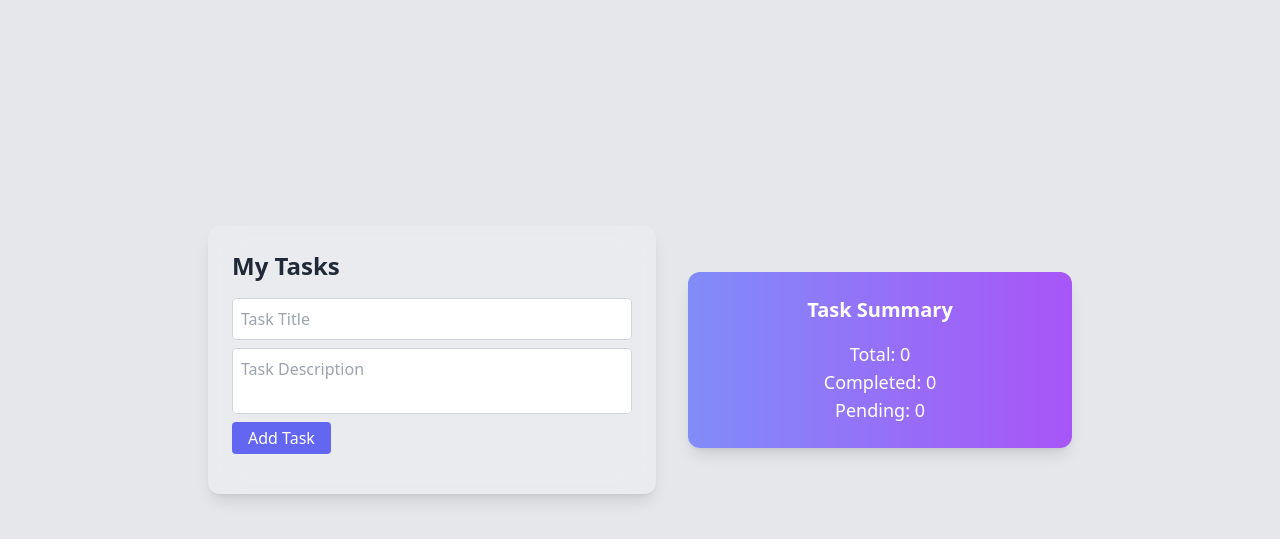
Repository: Meenakshi-commits/mern-task-manager
Page: / (app in client/)
The author's editor kept a copy of each file at every save. The page is drawn from the files as they stood at one save, then again after the next save.
The browser window is 1280 px wide. The pictures show the whole page.
The page's requests for data from a server got no answer. The project was rebuilt for these pictures with package versions that can differ from the ones it lists, and the page was loaded fresh each time. No one was signed in, and anything a server would have sent is missing. Also part of the build but not shown: client/vite.config.js, client/src/components/TaskItem.jsx, client/src/taskAnimations.css.

Above is the page before, as saved 2026-01-08 13:07:21.

### client/src/App.jsx
// src/App.jsx
import React, { useState, useEffect } from "react";
import axios from "./services/api"; // make sure your axios instance is in /services/api.js
import TaskList from "./components/TaskList";

export default function App() {
  const [tasks, setTasks] = useState([]);
  const [newTask, setNewTask] = useState("");
  const [description, setDescription] = useState("");

  // Fetch tasks from backend
  const fetchTasks = async () => {
    try {
      const res = await axios.get("/tasks");
      setTasks(res.data);
    } catch (err) {
      console.error(err);
    }
  };

  useEffect(() => {
    fetchTasks();
  }, []);

  // Add task
  const addTask = async () => {
    if (!newTask.trim()) return;
    try {
      await axios.post("/tasks", { title: newTask, description, completed: false });
      setNewTask("");
      setDescription("");
      fetchTasks();
    } catch (err) {
      console.error(err);
    }
  };

  // Delete task
  const deleteTask = async (id) => {
    try {
      await axios.delete(`/tasks/${id}`);
      fetchTasks();
    } catch (err) {
      console.error(err);
    }
  };

  // Update task completion
  const toggleComplete = async (task) => {
    try {
      await axios.put(`/tasks/${task._id}`, { ...task, completed: !task.completed });
      fetchTasks();
    } catch (err) {
      console.error(err);
    }
  };

  // Task counts
  const totalTasks = tasks.length;
  const completedTasks = tasks.filter((t) => t.completed).length;
  const pendingTasks = totalTasks - completedTasks;

  return (
    <div className="min-h-screen flex flex-col items-center justify-center bg-gray-200 font-sans">
      <div className="flex flex-col md:flex-row gap-8 items-center justify-center w-full max-w-6xl px-4">
        {/* Left Box - Task List */}
        <div className="flex-1 bg-white/20 backdrop-blur-lg p-6 rounded-xl shadow-lg max-w-md w-full">
          <h2 className="text-2xl font-semibold mb-4 text-gray-800">My Tasks</h2>

          {/* Add Task */}
          <div className="flex flex-col gap-2 mb-4">
            <input
              type="text"
              placeholder="Task Title"
              value={newTask}
              onChange={(e) => setNewTask(e.target.value)}
              className="p-2 rounded border border-gray-300 focus:outline-none focus:ring-2 focus:ring-indigo-400"
            />
            <textarea
              placeholder="Task Description"
              value={description}
              onChange={(e) => setDescription(e.target.value)}
              className="p-2 rounded border border-gray-300 focus:outline-none focus:ring-2 focus:ring-indigo-400 resize-none"
              rows={2}
            ></textarea>
            <button
              onClick={addTask}
              className="self-start bg-indigo-500 hover:bg-indigo-600 text-white px-4 py-1 rounded transition-all duration-300"
            >
              Add Task
            </button>
          </div>

          {/* Task List */}
          <TaskList
            tasks={tasks}
            deleteTask={deleteTask}
            toggleComplete={toggleComplete}
          />
        </div>

        {/* Right Box - Summary Card */}
        <div className="flex-1 max-w-sm w-full bg-gradient-to-r from-indigo-400 to-purple-500 p-6 rounded-xl shadow-lg text-white flex flex-col justify-center items-center">
          <h2 className="text-xl font-semibold mb-4">Task Summary</h2>
          <p className="text-lg">Total: {totalTasks}</p>
          <p className="text-lg">Completed: {completedTasks}</p>
          <p className="text-lg">Pending: {pendingTasks}</p>
        </div>
      </div>
    </div>
  );
}

### client/src/components/TaskList.jsx
// src/components/TaskList.jsx
import React, { useRef } from "react";
import TaskItem from "./TaskItem";
import { CSSTransition, TransitionGroup } from "react-transition-group";
import "../taskAnimations.css";

export default function TaskList({ tasks, onDelete, onToggleCompleted }) {
  return (
    <TransitionGroup className="space-y-3">
      {tasks.map((task) => {
        const nodeRef = useRef(null);
        return (
          <CSSTransition
            key={task._id}
            timeout={300}
            classNames="fade"
            nodeRef={nodeRef}
          >
            <div ref={nodeRef}>
              <TaskItem
                task={task}
                onDelete={onDelete}
                onToggleCompleted={onToggleCompleted}
              />
            </div>
          </CSSTransition>
        );
      })}
    </TransitionGroup>
  );
}

Loaded but not shown: client/index.html (common file); client/src/main.jsx (common file); client/src/index.css (common file); client/src/services/api.js (common file); client/tailwind.config.js (common file)

After the next save:
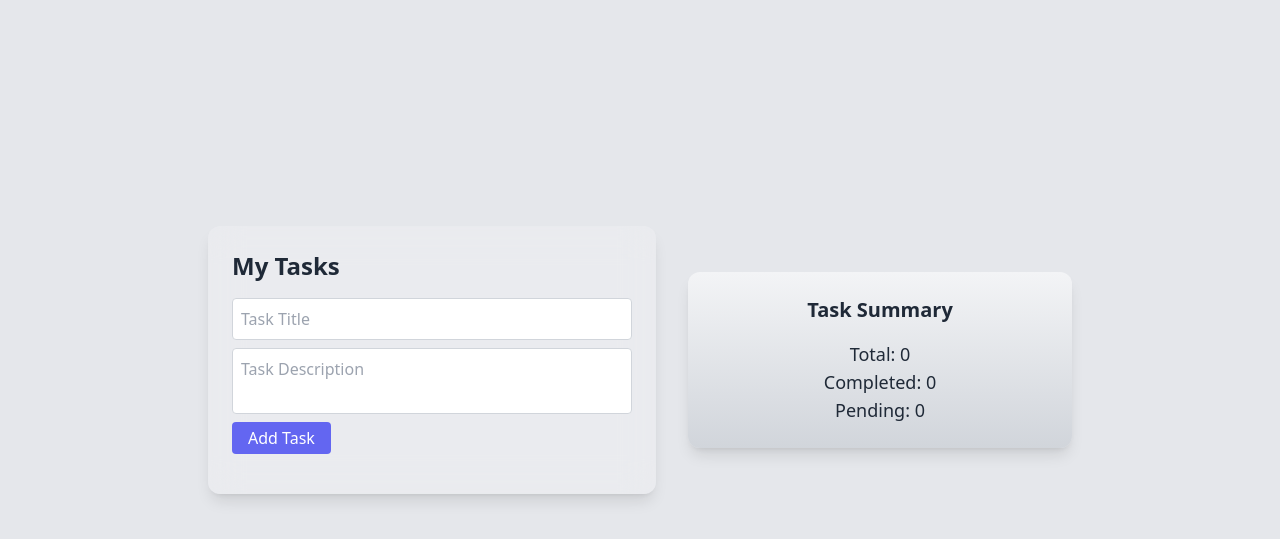
Saved 8 s later.
--- a/client/src/App.jsx
+++ b/client/src/App.jsx
@@ -99,13 +99,14 @@ export default function App() {
           />
         </div>
 
-        {/* Right Box - Summary Card */}
-        <div className="flex-1 max-w-sm w-full bg-gradient-to-r from-indigo-400 to-purple-500 p-6 rounded-xl shadow-lg text-white flex flex-col justify-center items-center">
-          <h2 className="text-xl font-semibold mb-4">Task Summary</h2>
-          <p className="text-lg">Total: {totalTasks}</p>
-          <p className="text-lg">Completed: {completedTasks}</p>
-          <p className="text-lg">Pending: {pendingTasks}</p>
-        </div>
+     {/* Right Box - Summary Card */}
+<div className="flex-1 max-w-sm w-full bg-gradient-to-b from-gray-100 to-gray-300 p-6 rounded-xl shadow-lg text-gray-800 flex flex-col justify-center items-center">
+  <h2 className="text-xl font-semibold mb-4">Task Summary</h2>
+  <p className="text-lg">Total: {totalTasks}</p>
+  <p className="text-lg">Completed: {completedTasks}</p>
+  <p className="text-lg">Pending: {pendingTasks}</p>
+</div>
+
       </div>
     </div>
   );
